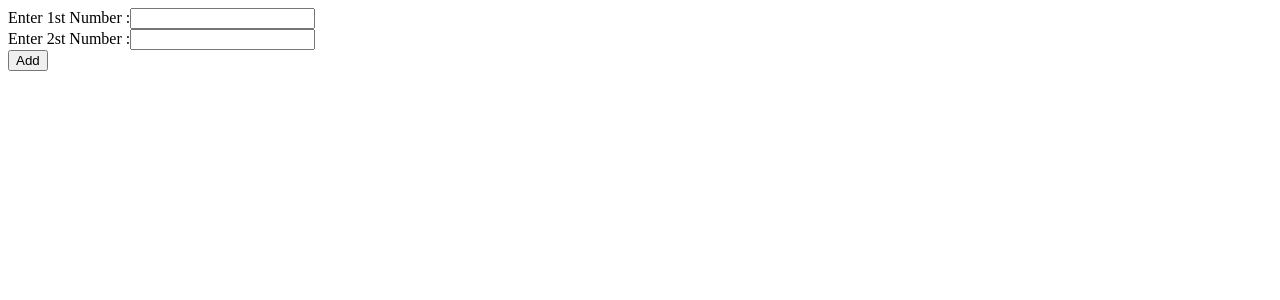
Repository: Shree50/ArisGlobal_Dev_Track
Page: http://localhost/AddJSP/
These files come from the project's save history. The page is drawn as it stood at one moment and after the next save; the edit follows.
The browser window is 1280 px wide. The pictures show the whole page.
The page is served by Tomcat 9. Other server files are loaded and not shown.

Above is the page before, as saved 2021-12-11 14:28:28.

### AddJSP/src/main/webapp/index.jsp
<%@ page language="java" contentType="text/html; charset=ISO-8859-1"
    pageEncoding="ISO-8859-1"%>
<!DOCTYPE html>
<html>
<head>
<meta charset="ISO-8859-1">
<title>Insert title here</title>
</head>
<body>

<form method="GET" action="add">
Enter 1st Number :<input type="text" name="num1">
<br>
Enter 2st Number :<input type="text" name="num2">
<br>
<button type="submit">Add</button>

</form>
</body>
</html>

After the next save:
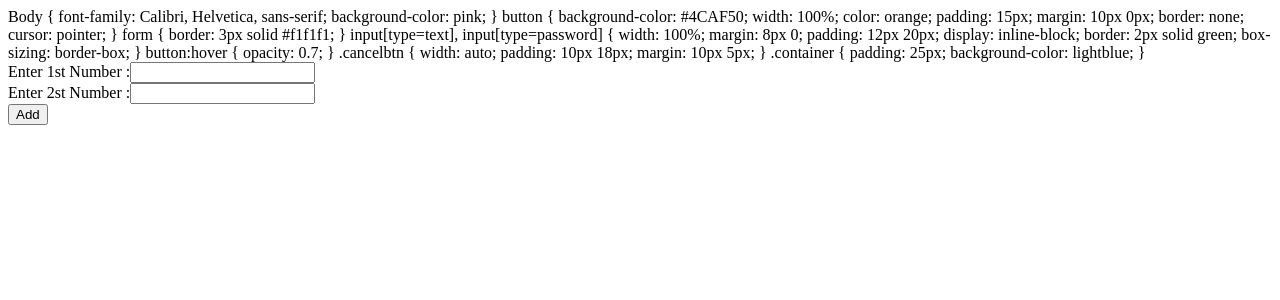
Saved 6 min 29 s later.
--- a/AddJSP/src/main/webapp/index.jsp
+++ b/AddJSP/src/main/webapp/index.jsp
@@ -4,10 +4,48 @@
 <html>
 <head>
 <meta charset="ISO-8859-1">
-<title>Insert title here</title>
+<title>Add Two Numbers</title>
 </head>
 <body>
+Body {
+  font-family: Calibri, Helvetica, sans-serif;
+  background-color: pink;
+}
+button {
+       background-color: #4CAF50;
+       width: 100%;
+        color: orange;
+        padding: 15px;
+        margin: 10px 0px;
+        border: none;
+        cursor: pointer;
+         }
+ form {
+        border: 3px solid #f1f1f1;
+    }
+ input[type=text], input[type=password] {
+        width: 100%;
+        margin: 8px 0;
+        padding: 12px 20px;
+        display: inline-block;
+        border: 2px solid green;
+        box-sizing: border-box;
+    }
+ button:hover {
+        opacity: 0.7;
+    }
+  .cancelbtn {
+        width: auto;
+        padding: 10px 18px;
+        margin: 10px 5px;
+    }
 
+
+ .container {
+        padding: 25px;
+        background-color: lightblue;
+    }
+</style>
 <form method="GET" action="add">
 Enter 1st Number :<input type="text" name="num1">
 <br>
